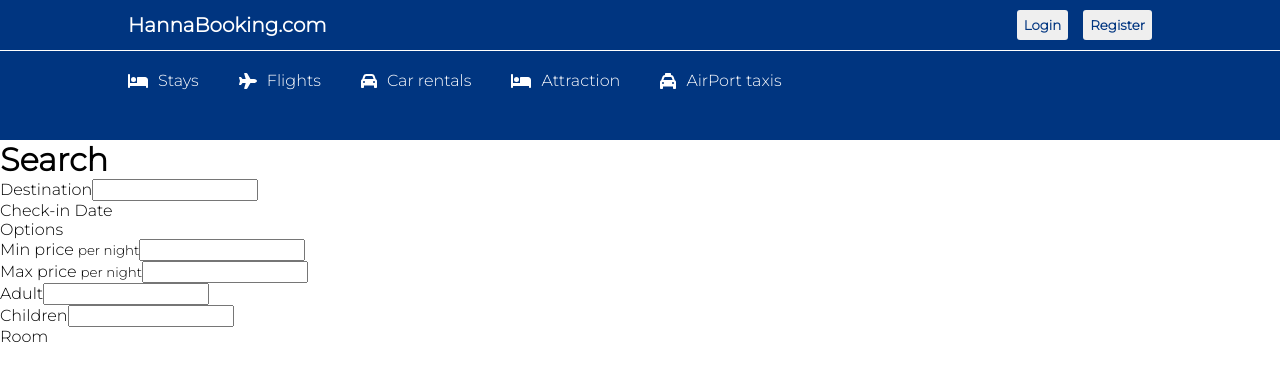
Repository: truongnguyenuit/BookingWebApp
Page: /hotels
An editor plug-in stored every save of this project. The page is shown before and after the next save, followed by the edit.
The browser window is 1280 px wide. The pictures show the whole page.
The project was rebuilt for these pictures with package versions that can differ from the ones it lists, and the page was loaded fresh each time. Also part of the build but not shown: src/components/featured/featured.css, src/components/featured/Featured.jsx, src/components/propertyList/propertyList.css, src/components/propertyList/PropertyList.jsx, src/components/featuredProperties/featuredProperties.css, src/components/featuredProperties/FeaturedProperties.jsx, src/components/mailList/mailList.css, src/components/mailList/MailList.jsx and 7 more.

Above is the page before, as saved 2022-06-13 10:44:25.

After the next save:
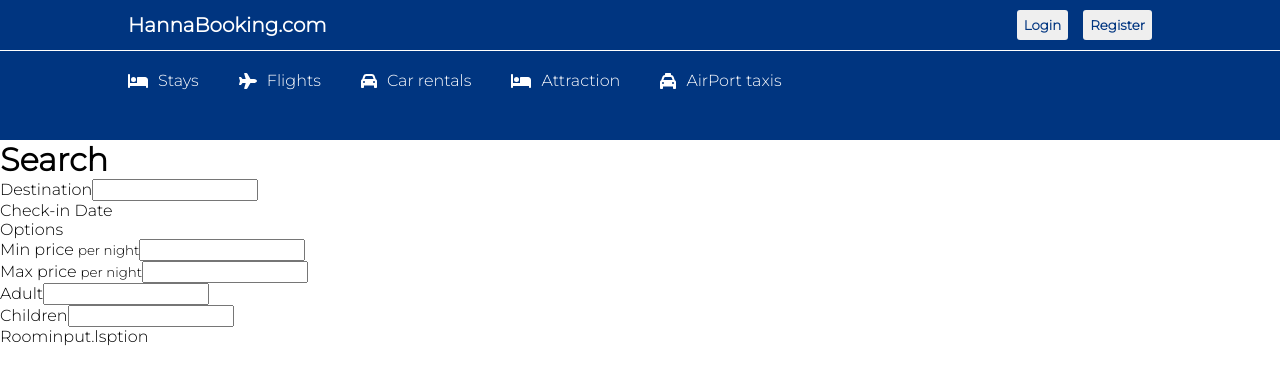
Saved 5 s later.
--- a/src/pages/list/List.jsx
+++ b/src/pages/list/List.jsx
@@ -67,7 +67,7 @@ const List = () => {
 
                 <div className="lsOptionItem">
                   <span className="lsOptionText">Room</span>
-
+                  input.lsption
                 </div>
 
               </div>
